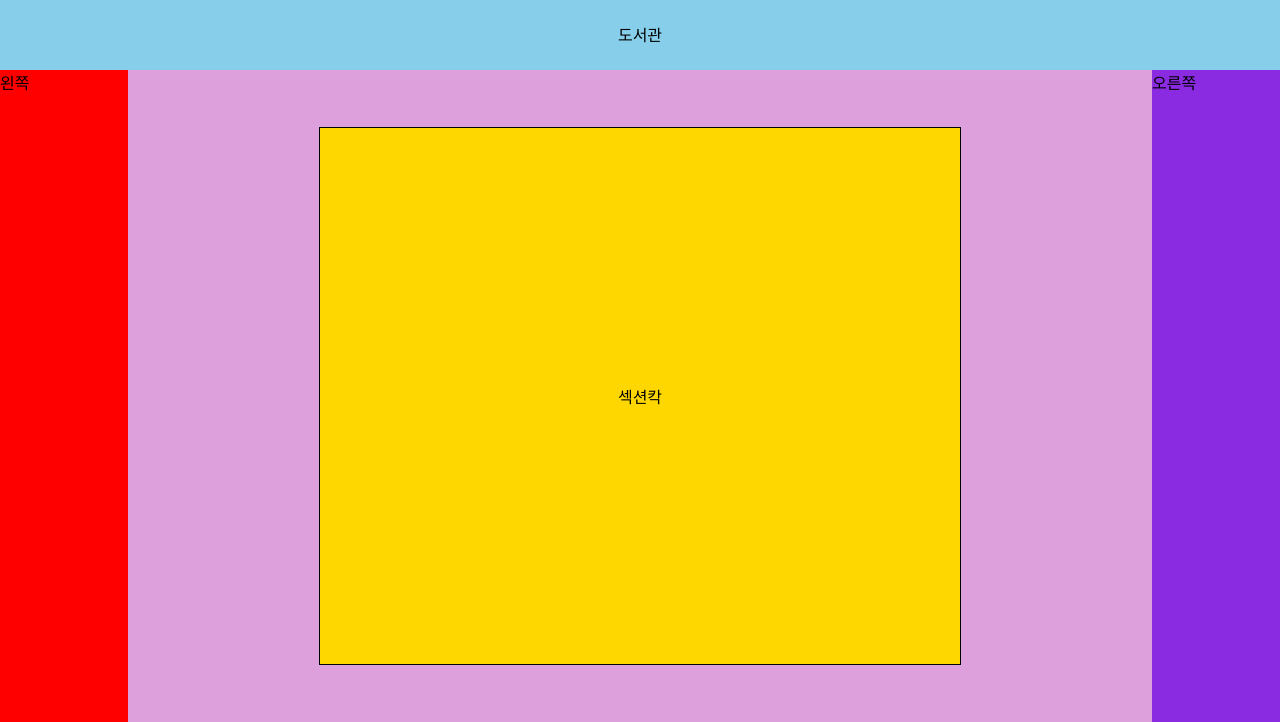
Repository: sojihwan/API_-Multi
Page: / (app in API/)
An editor plug-in stored every save of this project. The page is shown before and after the next save, followed by the edit.
The browser window is 1280 px wide. The pictures show the whole page.
The project was rebuilt for these pictures with package versions that can differ from the ones it lists, and the page was loaded fresh each time. Also part of the build but not shown: API/src/App.css.

Above is the page before, as saved 2022-05-24 15:17:33.

### API/src/App.js
import "./App.css";
import Layout from "./Layout/Layout";

function App() {
  return (
    <div>
      <Layout />
    </div>
  );
}

export default App;

### API/src/Layout/layout.js
import React from "react";
import "./Layout.css";
import Section from "./Section";

function Layout() {
  return (
    <div className="layout">
      <header>도서관</header>
      <main>
        <aside>왼쪽</aside>
        <Section />
        <aside>오른쪽</aside>
      </main>
    </div>
  );
}

export default Layout;

### API/src/Layout/layout.css
.layout {
  box-sizing: border-box;
}

header {
  width: 100%;
  height: 70px;
  line-height: 70px;
  text-align: center;
  background: skyblue;
}

aside {
  top: 70px;
}

main aside:first-child {
  position: absolute;
  left: 0;
  width: 10%;
  height: 90.6%;
  background: red;
}

main {
  display: flex;
  justify-content: center;
  align-items: center;
  min-height: 90.6vh;
  background: plum;
}

main aside:last-child {
  position: absolute;
  right: 0;
  width: 10%;
  height: 90.6%;
  background: blueviolet;
}

### API/src/Layout/Section.js
import React from "react";
import "../Layout/Section.css";

function Section() {
  return (
    <div className="section">
      <div>섹션칵</div>
    </div>
  );
}

export default Section;

### API/src/Layout/Section.css
.section {
  border: 1px solid black;
  width: 50%;
  padding: 20% 0;
  background: gold;
  text-align: center;

}

Loaded but not shown: API/public/index.html (common file); API/src/index.js (common file); API/src/index.css (common file); API/src/reportWebVitals.js (common file)

After the next save:
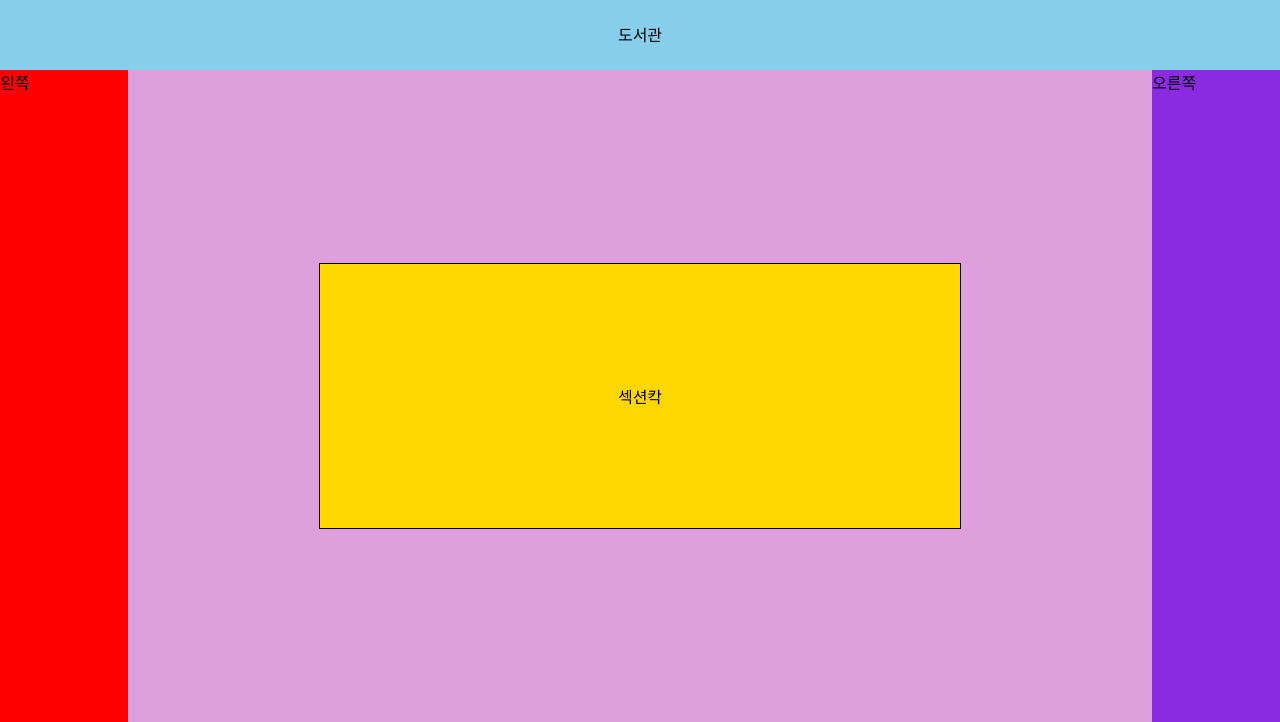
Saved 6 s later.
--- a/API/src/Layout/Section.css
+++ b/API/src/Layout/Section.css
@@ -1,7 +1,7 @@
 .section {
   border: 1px solid black;
   width: 50%;
-  padding: 20% 0;
+  padding: 120px 0;
   background: gold;
   text-align: center;
 
